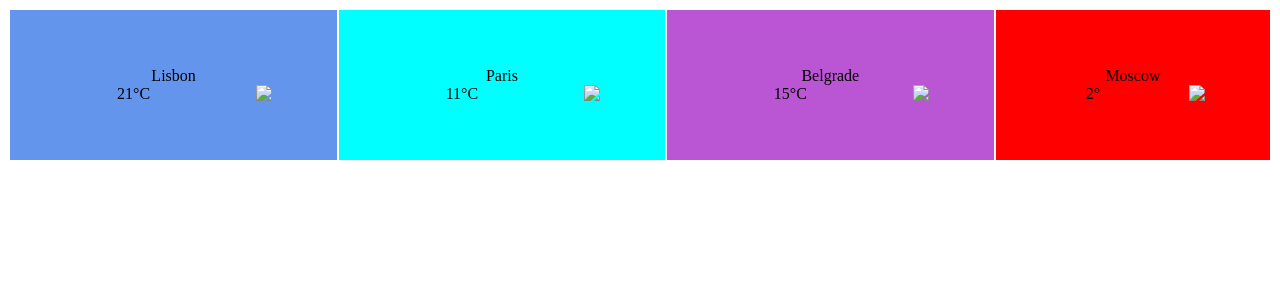
Repository: aysedo/html
Page: Week_2/index.html
The author's editor kept a copy of each file at every save. The page is drawn from the files as they stood at one save, then again after the next save.
The browser window is 1280 px wide. The pictures show the whole page.

Above is the page before, as saved 2021-08-23 22:17:23.
Not found: Week_2/img.png
Not found: Week_2/sun.png

After the next save:
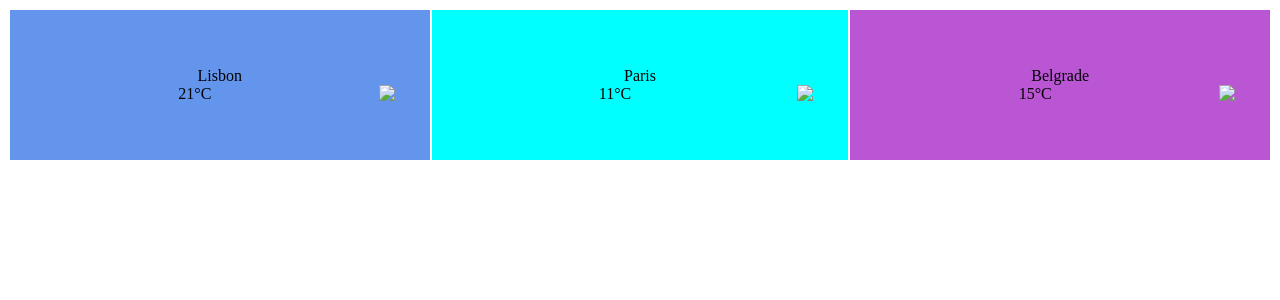
Saved 14 h 4 min later.
--- a/Week_2/index.html
+++ b/Week_2/index.html
@@ -12,23 +12,17 @@
         <td colspan="2" bgcolor="cornflowerblue" align="center">
           Lisbon <br />
           21°C
-          <img src="img.png" width="80" align="right" />
+          <img src="img.png" width="50" align="right" />
         </td>
         <td bgcolor="aqua" align="center">
           Paris <br />
           11°C
-          <img src="sun.png" width="80" align="right" />
+          <img src="sun.png" width="50" align="right" />
         </td>
         <td bgcolor="MediumOrchid" align="center">
           Belgrade <br />
           15°C
-          <img src="img.png" width="80" align="right" />
-        </td>
-        <td bgcolor="red" align="center">
-          Moscow  <br />
-          2°
-          <img src="img.png" width="80" align="right" />
-
+          <img src="img.png" width="50" align="right" />
         </td>
       </tr>
         </td>
